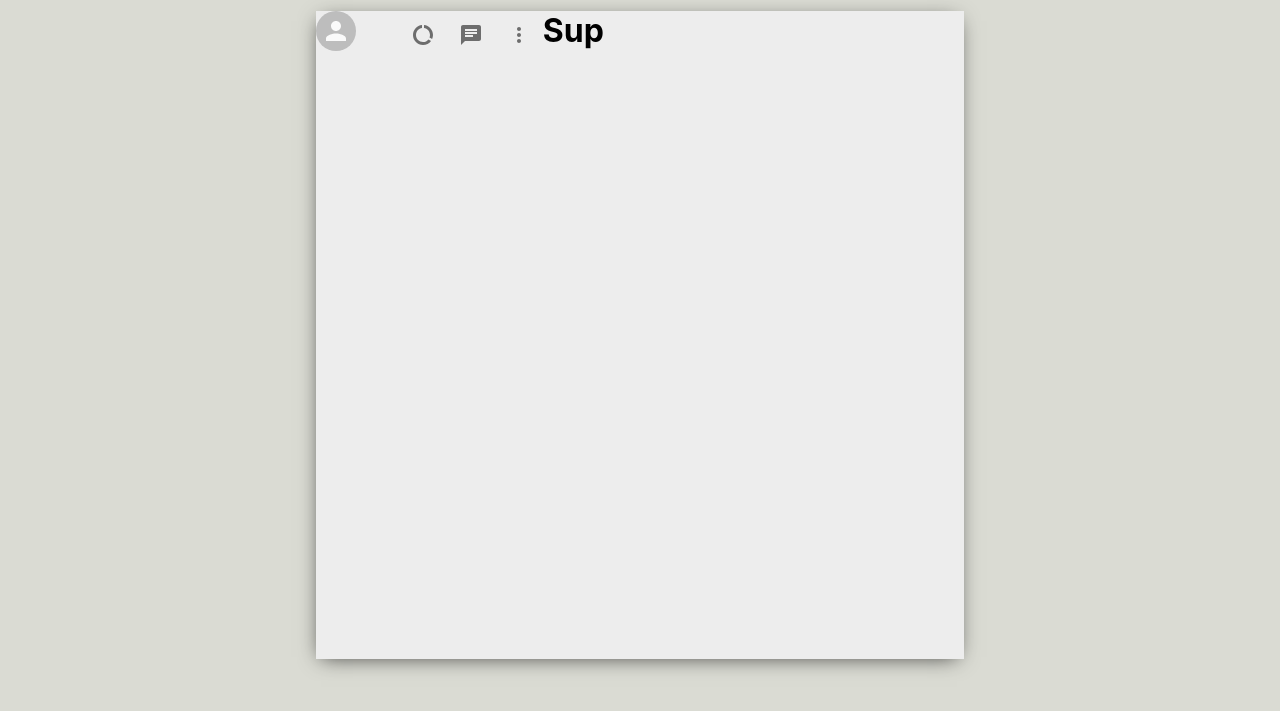
Repository: SayedJamil/WhatsappClone
Page: /
The author's editor kept a copy of each file at every save. The page is drawn from the files as they stood at one save, then again after a run of saves.
The browser window is 1280 px wide. The pictures show the whole page.
The project was rebuilt for these pictures with package versions that can differ from the ones it lists, and the page was loaded fresh each time.

Above is the page before, as saved 2021-06-22 22:58:38.

After the next 2 saves:
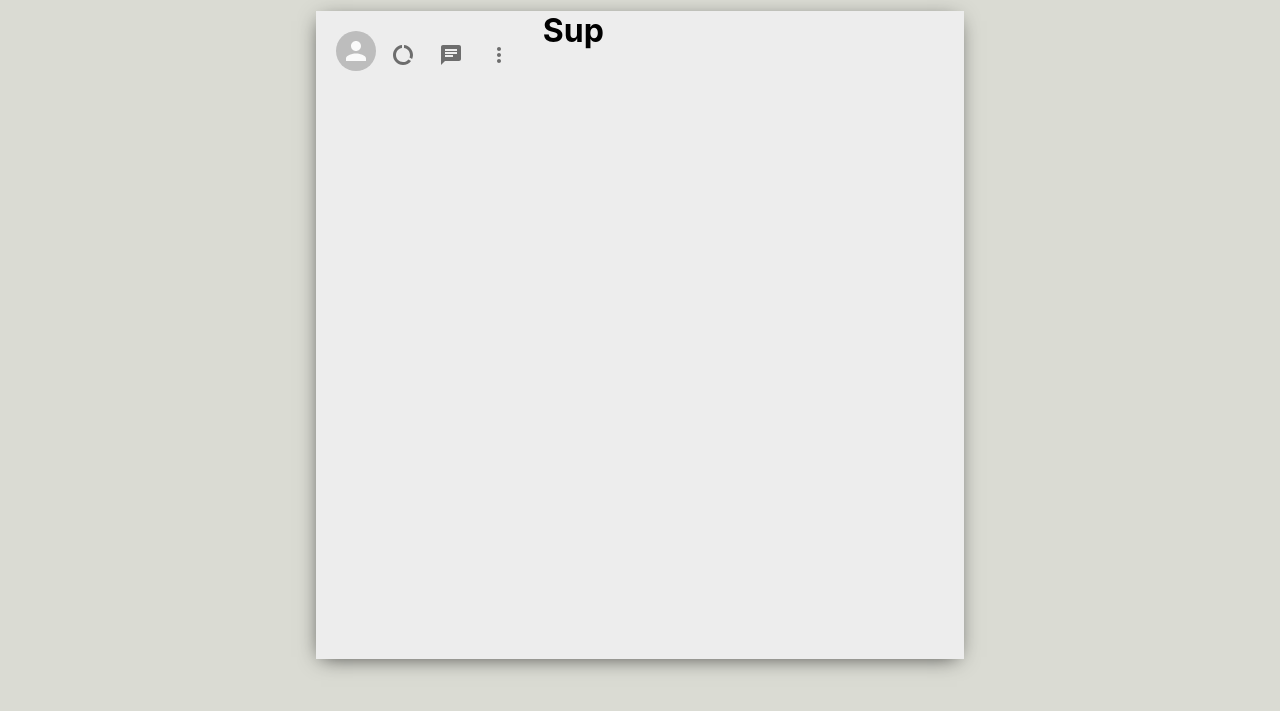
The 2 saves are shown as one change because they came seconds apart.
The last was saved 7 s later.
--- a/src/Sidebar.css
+++ b/src/Sidebar.css
@@ -6,4 +6,4 @@
 .sidebar_header {
   display: flex;
   justify-content: space-between;
-}
+  padding: 20px;
